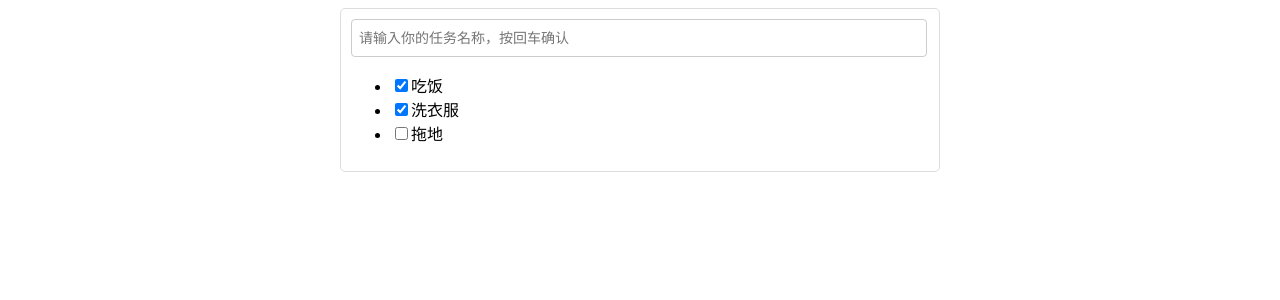
Repository: JYFlw/react
Page: / (app in react-app/)
An editor plug-in stored every save of this project. The page is shown before and after the next save, followed by the edit.
The browser window is 1280 px wide. The pictures show the whole page.
The project was rebuilt for these pictures with package versions that can differ from the ones it lists, and the page was loaded fresh each time.

Above is the page before, as saved 2021-07-13 13:28:44.

After the next save:
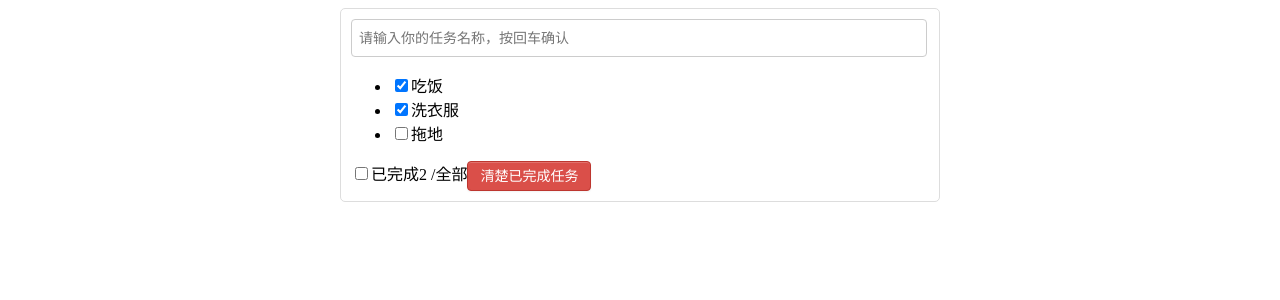
Saved 21 min 37 s later.
--- a/react-app/src/components/Footers/index.jsx
+++ b/react-app/src/components/Footers/index.jsx
@@ -1,10 +1,29 @@
 import React, { Component } from 'react'
 
 export default class Footers extends Component {
+    //全选
+    handleCheckAll = event => {
+        this.props.checkAllTodo(event.target.checked)
+    }
+    //清楚已经完成的
+    handleClearAllDone = ()=>{
+        this.props.clearAllDone()
+    }
     render() {
+        const {todos} = this.props
+        //已完成的个数
+        const doneCount = todos.reduce((pre,todo)=> pre+(todo.done ? 1: 0),0)
+        //总数
+        const total = todos.lengh
         return (
-            <div>
-
+            <div className="todo-footer">
+                <label>
+                    <input type="checkbox" onChange={this.handleCheckAll} checked={doneCount === total && total !==0 ? true : false}/>
+                </label>
+                <span>
+                    <span>已完成{doneCount}</span> /全部{total}
+                </span>
+                <button onClick={this.handleClearAllDone} className="btn btn-danger">清楚已完成任务</button>
             </div>
         )
     }
